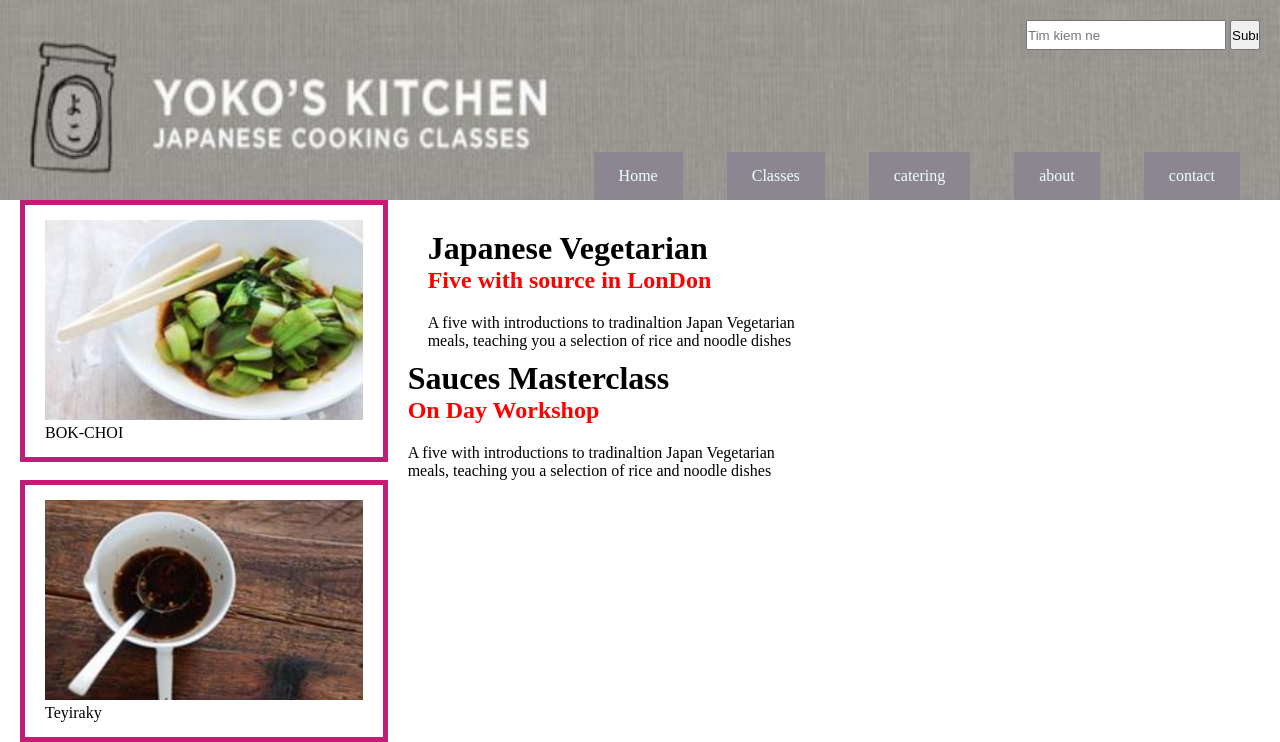
Repository: huy352002/20012931-Tr-n-Quang-Huy
Page: bt2.html
The author's editor kept a copy of each file at every save. The page is drawn from the files as they stood at one save, then again after the next save.
The browser window is 1280 px wide. The pictures show the whole page.

Above is the page before, as saved 2022-09-30 10:29:01.

After the next save:
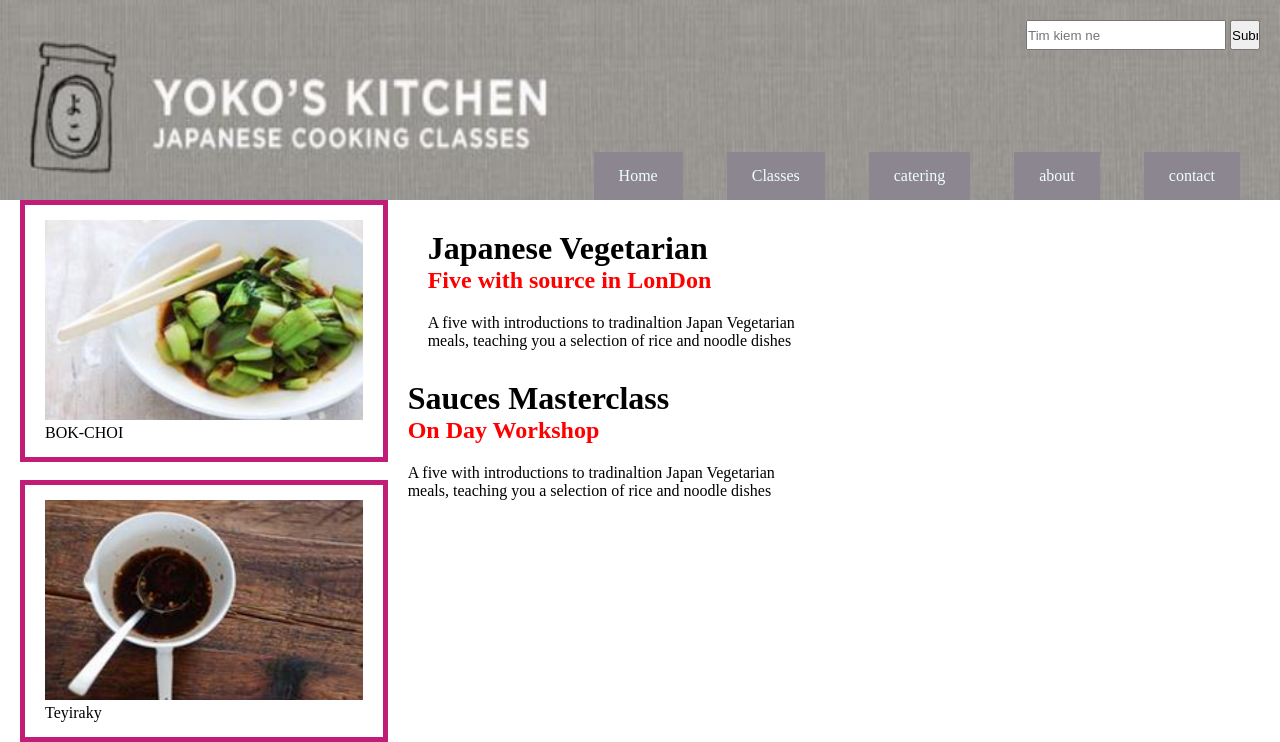
Saved 18 s later.
--- a/bt2.css
+++ b/bt2.css
@@ -105,7 +105,8 @@
 }
 
 .P_1 {
-    margin: 20px 10px 0 10px;
+    margin: 20px 10px;
+    padding: 10px 10px;
 }
 
 .body2 {
